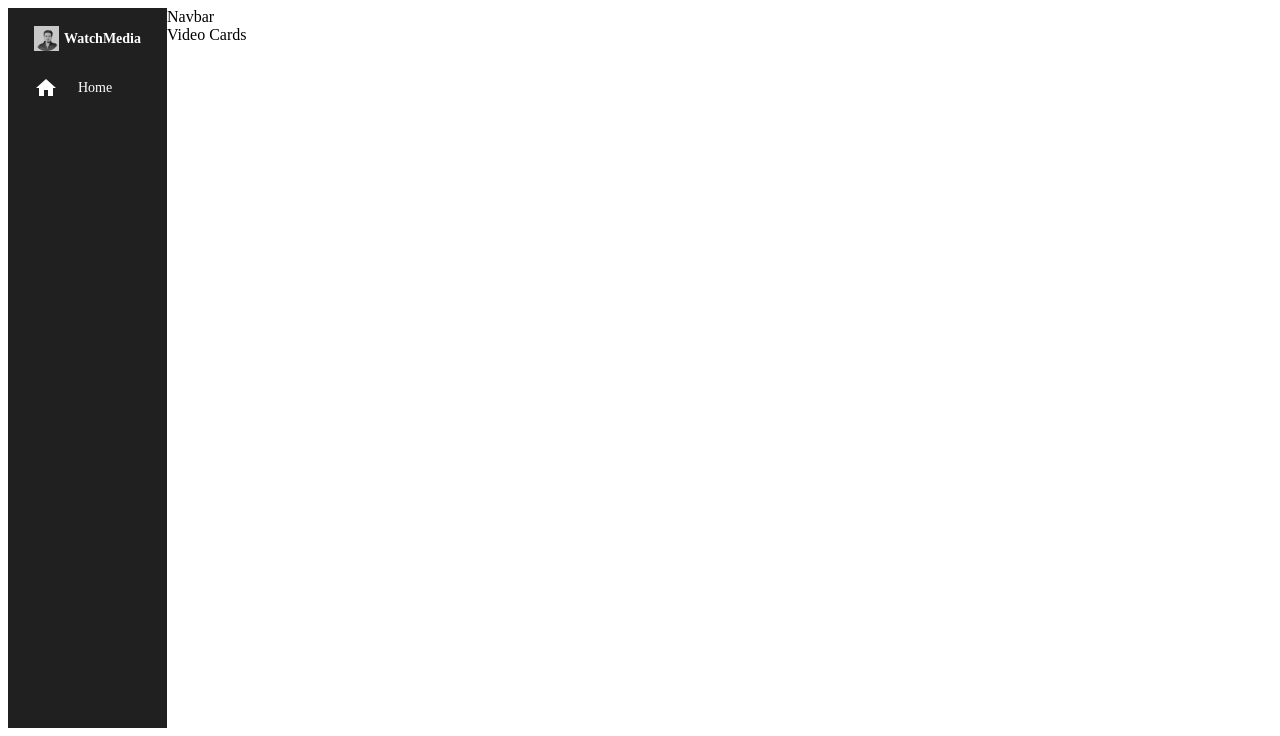
Repository: inzamamahmad3/final-year-project-skeleton
Page: /
These files come from the project's save history. The page is drawn as it stood at one moment and after the next save; the edit follows.
The browser window is 1280 px wide. The pictures show the whole page.
The project was rebuilt for these pictures with package versions that can differ from the ones it lists, and the page was loaded fresh each time.

Above is the page before, as saved 2023-07-18 00:06:00.

### src/App.js
import styled from "styled-components";
import Menu from "./components/Menu";
import Navbar from "./components/Navbar";

const Container = styled.div`
  display: flex;
`;
const Main = styled.div`
  flex: 7;
`;
const Wrapper = styled.div``;

function App() {
  return (
    <>
      <Container>
        <Menu />
        <Main>
          <Navbar />
          <Wrapper>Video Cards</Wrapper>
        </Main>
      </Container>
    </>
  );
}

export default App;

### src/components/Menu.jsx
import React from "react";
import styled from "styled-components";
import watch from "../img/pic.png";
import HomeIcon from "@mui/icons-material/Home";

const Container = styled.div`
  flex: 1;
  background-color: #202020;
  height: 100vh;
  color: white;
  font-size: 14px;
`;

const Wrapper = styled.div`
  padding: 18px 26px;
`;

const Logo = styled.div`
  display: flex;
  align-items: center;
  gap: 5px;
  font-weight: bold;
  margin-bottom: 25px;
`;

const Item = styled.div`
  display: flex;
  align-items: center;
  gap: 20px;
  cursor: pointer;
`;

const Img = styled.img`
  height: 25px;
`;
function Menu() {
  return (
    <Container>
      <Wrapper>
        <Logo>
          <Img src={watch} />
          WatchMedia
        </Logo>
        <Item>
          <HomeIcon />
          Home
        </Item>
      </Wrapper>
    </Container>
  );
}

export default Menu;

Loaded but not shown: public/index.html (common file); src/index.js (common file); src/components/Navbar.jsx (common file)

After the next save:
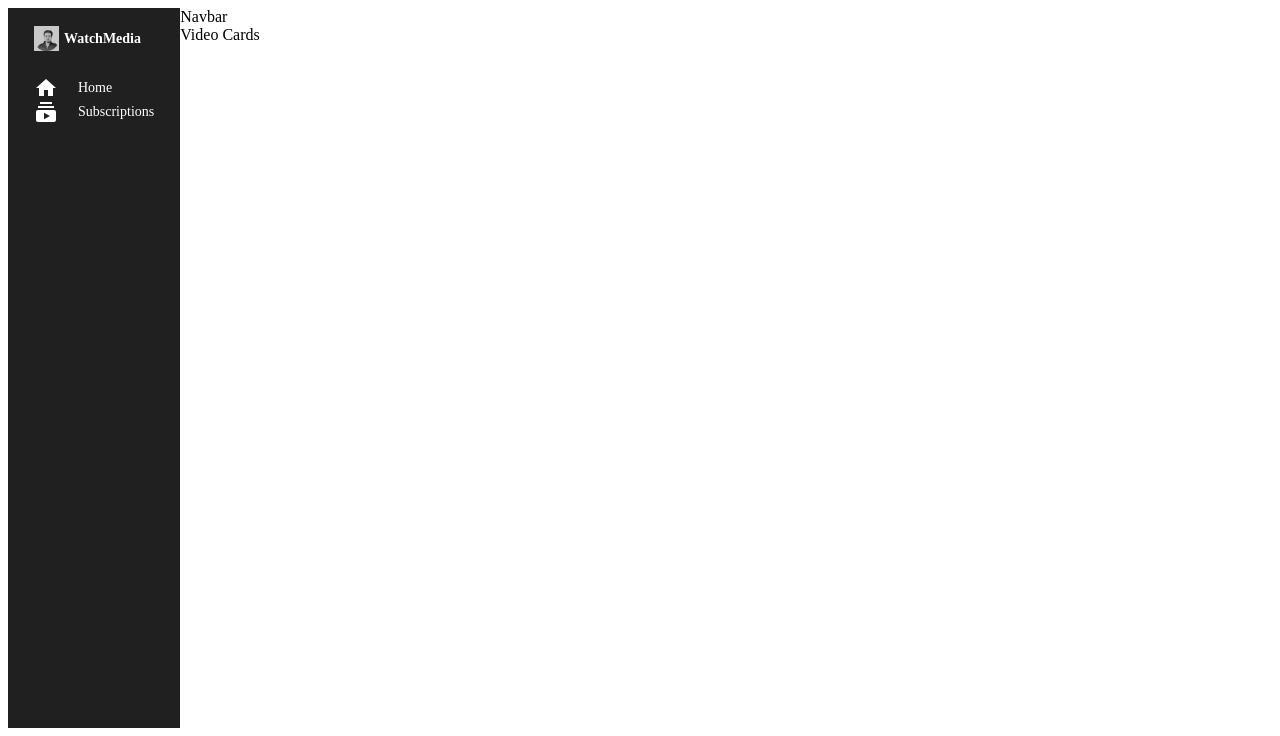
Saved 2 min 17 s later.
--- a/src/components/Menu.jsx
+++ b/src/components/Menu.jsx
@@ -2,6 +2,7 @@ import React from "react";
 import styled from "styled-components";
 import watch from "../img/pic.png";
 import HomeIcon from "@mui/icons-material/Home";
+import SubscriptionsIcon from "@mui/icons-material/Subscriptions";
 
 const Container = styled.div`
   flex: 1;
@@ -45,6 +46,10 @@ function Menu() {
           <HomeIcon />
           Home
         </Item>
+        <Item>
+          <SubscriptionsIcon />
+          Subscriptions
+        </Item>
       </Wrapper>
     </Container>
   );
